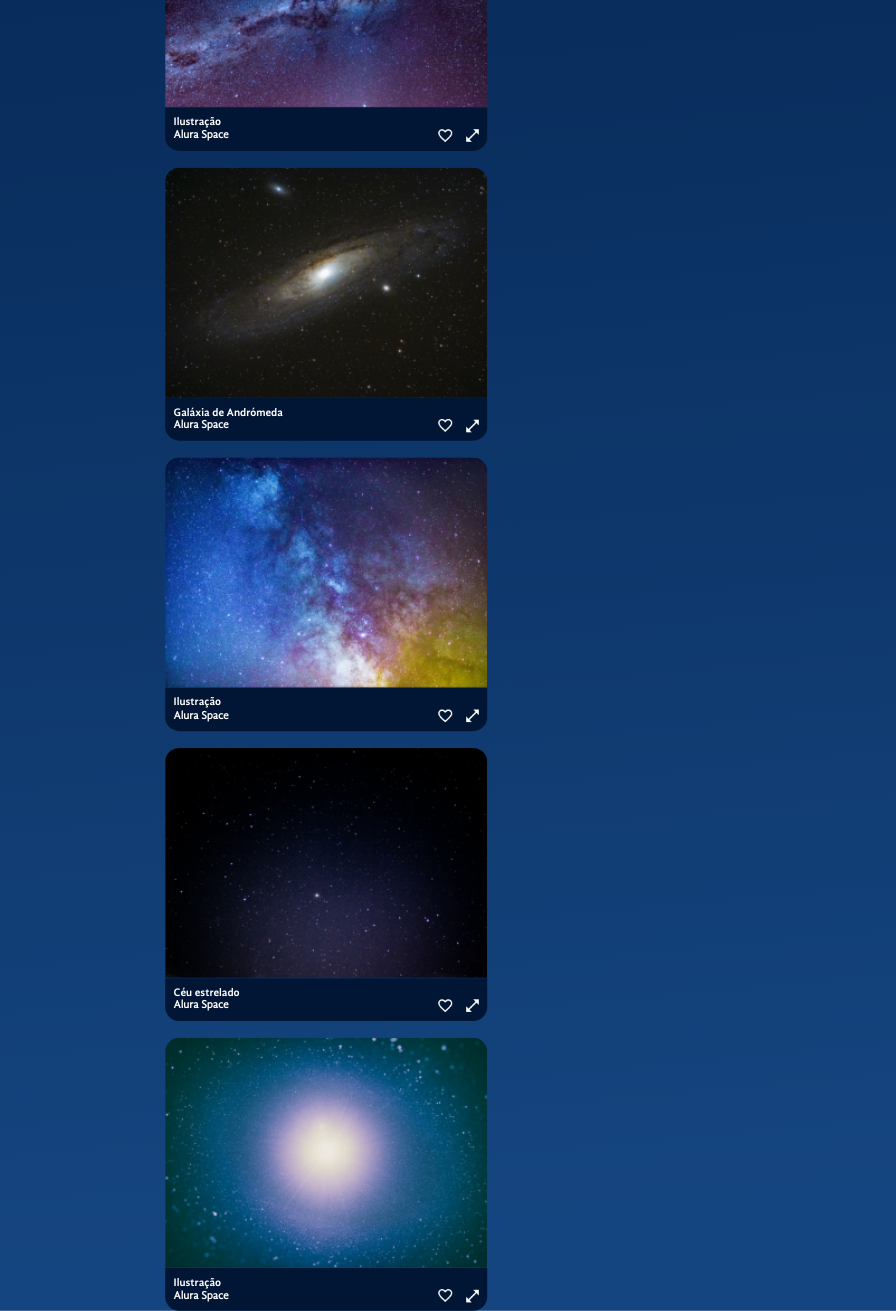
Repository: guilhermecardoso93/space-app-alura
Page: /
An editor plug-in stored every save of this project. The page is shown before and after the next save, followed by the edit.
The browser window is 1280 px wide. The pictures show the part of the page from y = 2921 to 4841 px (the page is 4794 px tall before and 4841 px after), at 70% of full size.
The project was rebuilt for these pictures with package versions that can differ from the ones it lists, and the page was loaded fresh each time. Also part of the build but not shown: vite.config.js.

Above is the page before, as saved 2024-06-23 17:10:14.

### index.html
<!doctype html>
<html lang="en">
  <head>
    <meta charset="UTF-8" />
    <link rel="icon" type="image/svg+xml" href="/imagens/logo.png" />
    <meta name="viewport" content="width=device-width, initial-scale=1.0" />
    <title>SpaceApp</title>
  </head>
  <body>
    <div id="root"></div>
    <script type="module" src="/src/main.jsx"></script>
  </body>
</html>

### src/App.jsx
import { useState } from "react"
import { Banner } from "./components/Banner";
import { EstilosGlobais } from "./components/EstilosGlobais";
import { Header } from "./components/Header";
import { SideBar } from "./components/SideBar";
import { Gallery } from "./components/Gallery";

import fotos from './json/fotos.json'

import bannerBackground from "./assets/banner.png";
import {
  AppContainer,
  ConteudoGaleria,
  FundoGradiente,
  MainContainer,
} from "./styles";


export function App() {
  const [fotosDaGaleria, setFotosDaGaleria] = useState(fotos)

  return (
    <FundoGradiente>
      <EstilosGlobais />
      <AppContainer>
        <Header />
        <MainContainer>
          <SideBar />
          <ConteudoGaleria>
            <Banner
              texto="A galeria mais completa de fotos do espaço!"
              backgroundImage={bannerBackground}
            />
            <Gallery fotos={fotosDaGaleria}/>
          </ConteudoGaleria>
        </MainContainer>
      </AppContainer>
    </FundoGradiente>
  );
}

### src/components/Banner/index.jsx
import { styled } from "styled-components";

export function Banner(props) {
  return (
    <FigureEstilizada $backgroundImage={props.backgroundImage}>
      <TituloEstilizado>{props.texto}</TituloEstilizado>
    </FigureEstilizada>
  );
}

const FigureEstilizada = styled.figure`
  background-image: ${(props) => `url(${props.$backgroundImage})`};
  flex-grow: 1;
  background-repeat: no-repeat;
  display: flex;
  align-items: center;
  min-height: 328px;
  margin: 0;
  border-radius: 20px;
  max-width: 100%;
`;

const TituloEstilizado = styled.h1`
  font-weight: 400;
  font-size: 40px;
  line-height: 48px;
  color: #ffffff;
  max-width: 300px;
  padding: 0 64px;
`;

### src/components/EstilosGlobais/index.jsx
import { createGlobalStyle } from "styled-components";

import GandhiSansRegular from "./fonts/GandhiSans-Regular.otf";
import GandhiSansBold from "./fonts/GandhiSans-Bold.otf";

export const EstilosGlobais = createGlobalStyle`
  @font-face {
    font-family: 'GandhiSansRegular';
    src: local('Gandhi Sans Regular'), local('GandhiSansRegular'), url(${GandhiSansRegular});
  }
  @font-face {
    font-family: 'GandhiSansBold';
    src: local('Gandhi Sans Bold'), local('GandhiSansBold'), url(${GandhiSansBold});
  }

  * {
  margin: 0;
  padding: 0;
  box-sizing: border-box;
}

html {
  line-height: 1.15;
  -webkit-text-size-adjust: 100%;
  font-family: GandhiSansRegular;
}
body {
  margin: 0;
  min-height: 100vh;
}
main {
  display: block;
}
h1 {
  font-size: 2em;
  margin: 0.67em 0;
}
hr {
  box-sizing: content-box;
  height: 0;
  overflow: visible;
}
a {
  background-color: transparent;
}
abbr[title] {
  border-bottom: none;
  text-decoration: underline;
  text-decoration: underline dotted;
}
b,
strong {
  font-weight: bolder;
}
code,
kbd,
samp {
  font-family: monospace, monospace;
  font-size: 1em;
}
small {
  font-size: 80%;
}
sub,
sup {
  font-size: 75%;
  line-height: 0;
  position: relative;
  vertical-align: baseline;
}
sub {
  bottom: -0.25em;
}
sup {
  top: -0.5em;
}
img {
  border-style: none;
}
button,
input,
optgroup,
select,
textarea {
  font-family: inherit;
  font-size: 100%;
  line-height: 1.15;
  margin: 0;
}
button,
input {
  overflow: visible;
}
button,
select {
  text-transform: none;
}
button,
[type="button"],
[type="reset"],
[type="submit"] {
  -webkit-appearance: button;
}
button::-moz-focus-inner,
[type="button"]::-moz-focus-inner,
[type="reset"]::-moz-focus-inner,
[type="submit"]::-moz-focus-inner {
  border-style: none;
  padding: 0;
}
button:-moz-focusring,
[type="button"]:-moz-focusring,
[type="reset"]:-moz-focusring,
[type="submit"]:-moz-focusring {
  outline: 1px dotted ButtonText;
}
fieldset {
  padding: 0.35em 0.75em 0.625em;
}
legend {
  box-sizing: border-box;
  color: inherit;
  display: table;
  max-width: 100%;
  padding: 0;
  white-space: normal;
}
progress {
  vertical-align: baseline;
}
textarea {
  overflow: auto;
}
[type="checkbox"],
[type="radio"] {
  box-sizing: border-box;
  padding: 0;
}
[type="number"]::-webkit-inner-spin-button,
[type="number"]::-webkit-outer-spin-button {
  height: auto;
}
[type="search"] {
  -webkit-appearance: textfield;
  outline-offset: -2px;
}
[type="search"]::-webkit-search-decoration {
  -webkit-appearance: none;
}
::-webkit-file-upload-button {
  -webkit-appearance: button;
  font: inherit;
}
details {
  display: block;
}
summary {
  display: list-item;
}
template {
  display: none;
}
[hidden] {
  display: none;
}
`;

### src/components/Header/index.jsx
import { CampoTexto } from "../CampoTexto";
import { HeaderContainer } from "./styles";

export function Header() {
  return (
    <HeaderContainer>
      <img src="/imagens/logo.png" alt="Logo" />
      <CampoTexto />
    </HeaderContainer>
  );
}

### src/components/SideBar/index.jsx
import { SideBarContainer, SidebarLista } from "./styles";
import { ItemLista } from "./ItemLista";

export function SideBar() {
  return (
    <SideBarContainer>
      <nav>
        <SidebarLista>
          <a href="/">
            <ItemLista
              iconeAtivo="/icones/home-ativo.png"
              iconeInativo="/icones/home-inativo.png"
              ativo={true}
            >
              Início
            </ItemLista>
          </a>
          <ItemLista
            iconeAtivo="/icones/mais-vistas-ativo.png"
            iconeInativo="/icones/mais-vistas-inativo.png"
          >
            Mais vistas
          </ItemLista>
          <a href="/"></a>
          <ItemLista
            iconeAtivo="/icones/mais-curtidas-ativo.png"
            iconeInativo="/icones/mais-curtidas-inativo.png"
          >
            Mais curtidas
          </ItemLista>
          <ItemLista
            iconeAtivo="/icones/novas-ativo.png"
            iconeInativo="/icones/novas-inativo.png"
          >
            Novas
          </ItemLista>
          <a href="/"></a>
          <a href="/"></a>
          <ItemLista
            iconeAtivo="/icones/surpreenda-me-ativo.png"
            iconeInativo="/icones/surpreenda-me-inativo.png"
          >
            Surpreenda-me
          </ItemLista>
          <a href="/"></a>
        </SidebarLista>
      </nav>
    </SideBarContainer>
  );
}

### src/components/Gallery/index.jsx
import { Titulo } from "../Titulo";
import { Imagem } from "./Imagem";
import { SectionPopulares } from "./SectionPopulares";
import { Tags } from "./Tags";

import { GaleriaContainer, SecaoFluida, ImagensContainer } from "./styles";

export function Gallery({ fotos = [] }) {
  return (
    <div>
      <Tags />
      <GaleriaContainer>
        <SecaoFluida>
          <Titulo>Navegue pela galeria</Titulo>
          <ImagensContainer>
            {fotos.map((foto) => (
              <Imagem key={foto.id} foto={foto} />
            ))}
          </ImagensContainer>
        </SecaoFluida>
        <SectionPopulares />
      </GaleriaContainer>
    </div>
  );
}

### src/styles.js
import { styled } from "styled-components";

export const FundoGradiente = styled.div`
  background: linear-gradient(
    174.61deg,
    #041833 4.16%,
    #04244f 48%,
    #154580 96.76%
  );
  width: 100%;
  min-height: 100vh;
`;

export const AppContainer = styled.div`
  width: 1440px;
  margin: 0 auto;
  max-width: 100%;
`;

export const MainContainer = styled.main`
  display: flex;
  gap: 24px;
`;

export const ConteudoGaleria = styled.section`
  display: flex;
  flex-direction: column;
  flex-grow: 1;
`;

### src/components/CampoTexto/index.jsx
import { ContainerEstilizado, IconeLupa, CampoTextoEstilizado} from './styles'
import search from './search.png'

export function CampoTexto(props) {
  return (
    <ContainerEstilizado>
        <CampoTextoEstilizado {...props} />
        <IconeLupa src={search} alt="ícone de lupa" />
    </ContainerEstilizado>
)
}

### src/components/Header/styles.js
import styled from "styled-components";

export const HeaderContainer = styled.header`
  padding: 60px 0;
  display: flex;
  justify-content: space-between;
  align-items: center;
  padding: 1rem;
  margin-bottom: 3rem;

  img {
    max-width: 212px;
  }
`;

### src/components/SideBar/styles.js
import styled from "styled-components";

export const SideBarContainer = styled.aside`
  a {
    text-decoration: none;
  }
`;

export const SidebarLista = styled.ul`
  list-style: none;
  padding: 0;
  margin: 0;
  width: 212px;
`;

### src/components/SideBar/ItemLista/index.jsx
/* eslint-disable react/prop-types */
import styled from "styled-components";

export function ItemLista(props) {
  return (
    <ItemListaLi>
      <img src={props.ativo ? props.iconeAtivo : props.iconeInativo} alt="" />
      {props.children}
    </ItemListaLi>
  );
}

const ItemListaLi = styled.li`
  font-size: 24px;
  line-height: 29px;
  margin-bottom: 30px;
  cursor: pointer;
  color: ${(props) => (props.$ativo ? "#7B78E5" : "#D9D9D9")};
  font-family: ${(props) =>
    props.$ativo ? "GandhiSansBold" : "GandhiSansRegular"};
  display: flex;
  align-items: center;
  gap: 22px;
`;

### src/components/Titulo/index.jsx
import styled from "styled-components";

export const Titulo = styled.h2`
  color: #7b78e6;
  font-size: 32px;
  text-align: ${(props) => (props.$alinhamento ? props.$alinhamento : "left")};
`;

### src/components/Gallery/Imagem/index.jsx
import { BotaoIcone } from "../../BotaoIcone";
import { Figure, Rodape } from "./styles";

export function Imagem({ foto, expandida = false }) {
  return (
    <Figure $expandida={expandida} id={`foto-${foto.id}`}>
      <img src={foto.path} alt={foto.alt} />
      <figcaption>
        <h3>{foto.titulo}</h3>
        <Rodape>
          <h4>{foto.fonte}</h4>
          <BotaoIcone>
            <img src="/icones/favorito.png" alt="Icone de favorito" />
          </BotaoIcone>
          {!expandida && (
            <BotaoIcone aria-hidden={expandida}>
              <img src="/icones/expandir.png" alt="Icone de expandir" />
            </BotaoIcone>
          )}
        </Rodape>
      </figcaption>
    </Figure>
  );
}

### src/components/Gallery/SectionPopulares/index.jsx
import { Titulo } from "../../Titulo";

export function SectionPopulares() {
  return (
    <div style={{ minWidth: 212 }}>
      <Titulo $alinhamento="center">Populares</Titulo>
    </div>
  );
}

### src/components/Gallery/Tags/index.jsx
import { TagTitulo, TagsContainer, Div, Tag } from "./styles";
import tags from "./tags.json";

export function Tags() {
  return (
    <TagsContainer>
      <TagTitulo>Busque por tags:</TagTitulo>
      <Div>
        {tags.map((tag) => (
          <Tag key={tag.id}>{tag.titulo}</Tag>
        ))}
      </Div>
    </TagsContainer>
  );
}

### src/components/Gallery/styles.js
import styled from "styled-components";

export const GaleriaContainer = styled.div`
  display: flex;
  gap: 24px;
`;

export const SecaoFluida = styled.section`
  flex-grow: 1;
`;

export const ImagensContainer = styled.section`
  display: flex;
  justify-content: space-between;
  flex-wrap: wrap;
  gap: 24px;
  margin-top: 1rem;
`;

### src/components/CampoTexto/styles.js
import { styled } from "styled-components";

export const ContainerEstilizado = styled.div`
  position: relative;
  display: inline-block;
`;

export const CampoTextoEstilizado = styled.input`
  height: 56px;
  padding: 12px 16px;
  border-radius: 10px;
  border: 2px solid;
  border-color: #c98cf1;
  background: transparent;
  box-sizing: border-box;
  width: 566px;
  color: #d9d9d9;
  font-weight: 400;
  font-size: 20px;
  line-height: 20px;
`;

export const IconeLupa = styled.img`
  position: absolute;
  top: 10px;
  right: 10px;
  width: 38px;
  height: 38px;
`;

### src/components/BotaoIcone/index.js
import { styled } from "styled-components";

export const BotaoIcone = styled.button`
  margin-left: 12px;
  display: flex;
  align-items: center;
  justify-content: center;
  background-color: transparent;
  border: none;
  cursor: pointer;
`;

### src/components/Gallery/Imagem/styles.js
import { styled } from "styled-components";

export const Figure = styled.figure`
  width: ${(props) => (props.$expandida ? "90%" : "460px")};
  max-width: 100%;
  margin: 0;
  display: flex;
  flex-direction: column;
  & > img {
    max-width: 100%;
    border-radius: 20px 20px 0 0;
  }
  figcaption {
    background-color: #001634;
    border-radius: 0px 0px 20px 20px;
    color: white;
    box-sizing: border-box;
    padding: 12px;
    h3 {
      font-family: "GandhiSansBold";
    }
    h4 {
      flex-grow: 1;
    }
    h3,
    h4 {
      margin: 0;
      font-size: 16px;
    }
  }
`;

export const Rodape = styled.footer`
  display: flex;
  justify-content: space-between;
  align-items: center;
  gap: .5rem;
`;

### src/components/Gallery/Tags/styles.js
import { styled } from "styled-components";
import tags from "./tags.json";

export const TagsContainer = styled.section`
  display: flex;
  align-items: center;
  gap: 64px;
  margin-top: 56px;
  margin-bottom: 20px;
`;

export const TagTitulo = styled.h3`
  color: #d9d9d9;
  font-size: 1.2rem;
  margin: 0;
`;

export const Tag = styled.button`
  font-size: 1.3rem;
  color: #ffffff;
  background: rgba(217, 217, 217, 0.3);
  border-radius: 10px;
  cursor: pointer;
  transition: background-color 0.3s ease;
  padding: 12px;
  box-sizing: border-box;
  border: 2px solid transparent;
  &:hover {
    border-color: #c98cf1;
  }
`;

export const Div = styled.div`
  display: flex;
  gap: 24px;
  justify-content: end;
`;

### src/components/Gallery/Tags/tags.json
[
  {
    "id": 0,
    "titulo": "Todas"
  },
  {
    "id": 1,
    "titulo": "Estrelas"
  },
  {
    "id": 2,
    "titulo": "Galáxias"
  },
  {
    "id": 3,
    "titulo": "Luas"
  },
  {
    "id": 4,
    "titulo": "Nebulosas"
  }
]

### src/components/ModalZoom/index.jsx
export function ModalZoom() {
  return (
    <>
      <dialog open>
        <p>Exemplo do Mozilla</p>
        <form method="dialog">
          <button type="submit">ok</button>
        </form>
      </dialog>
    </>
  );
}

Loaded but not shown: src/main.jsx (common file); src/json/fotos.json (common file)

After the next save:
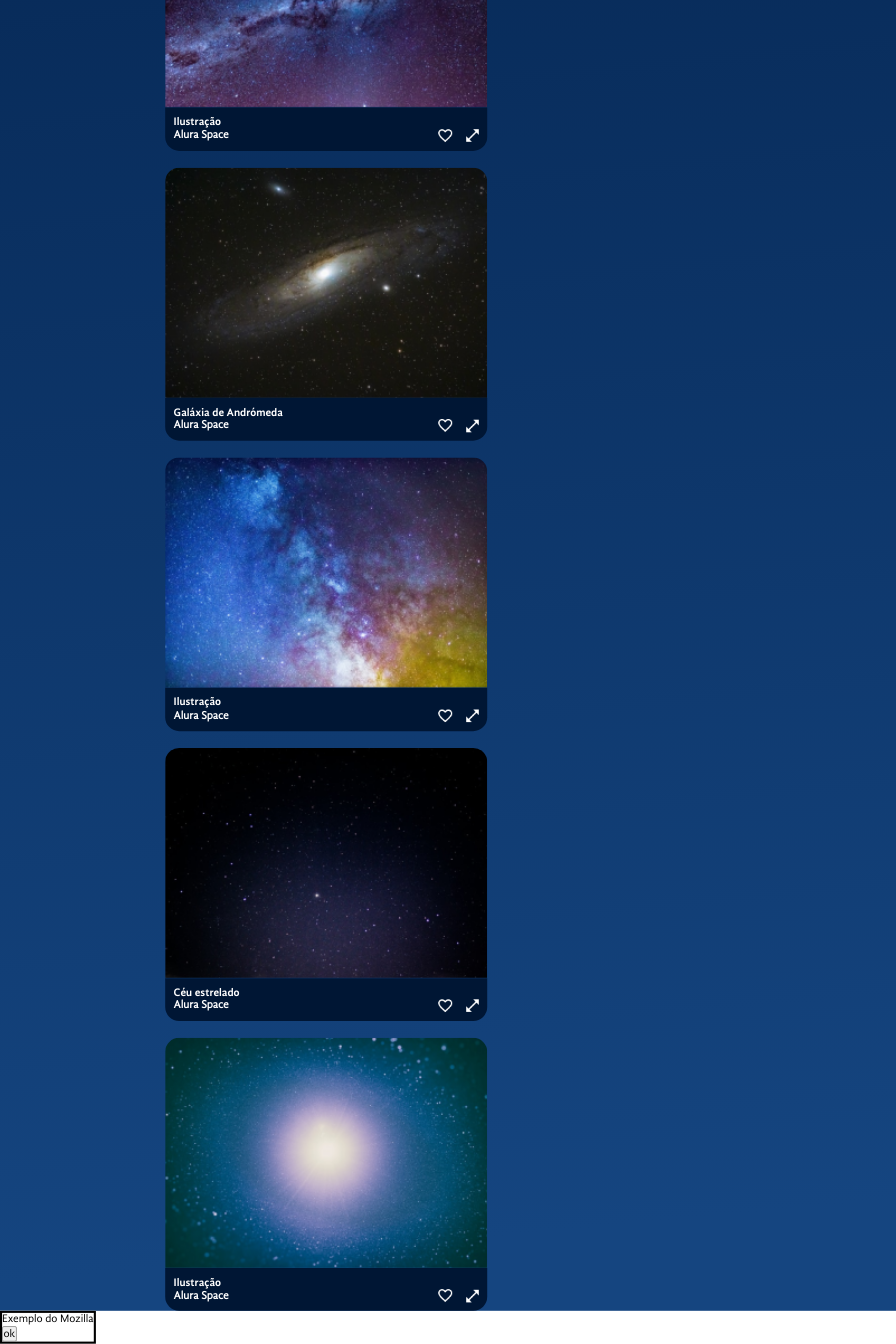
Saved 97 s later.
--- a/src/App.jsx
+++ b/src/App.jsx
@@ -14,6 +14,7 @@ import {
   FundoGradiente,
   MainContainer,
 } from "./styles";
+import { ModalZoom } from "./components/ModalZoom";
 
 
 export function App() {
@@ -35,6 +36,7 @@ export function App() {
           </ConteudoGaleria>
         </MainContainer>
       </AppContainer>
+      <ModalZoom />
     </FundoGradiente>
   );
 }

After the 2 saves that followed:
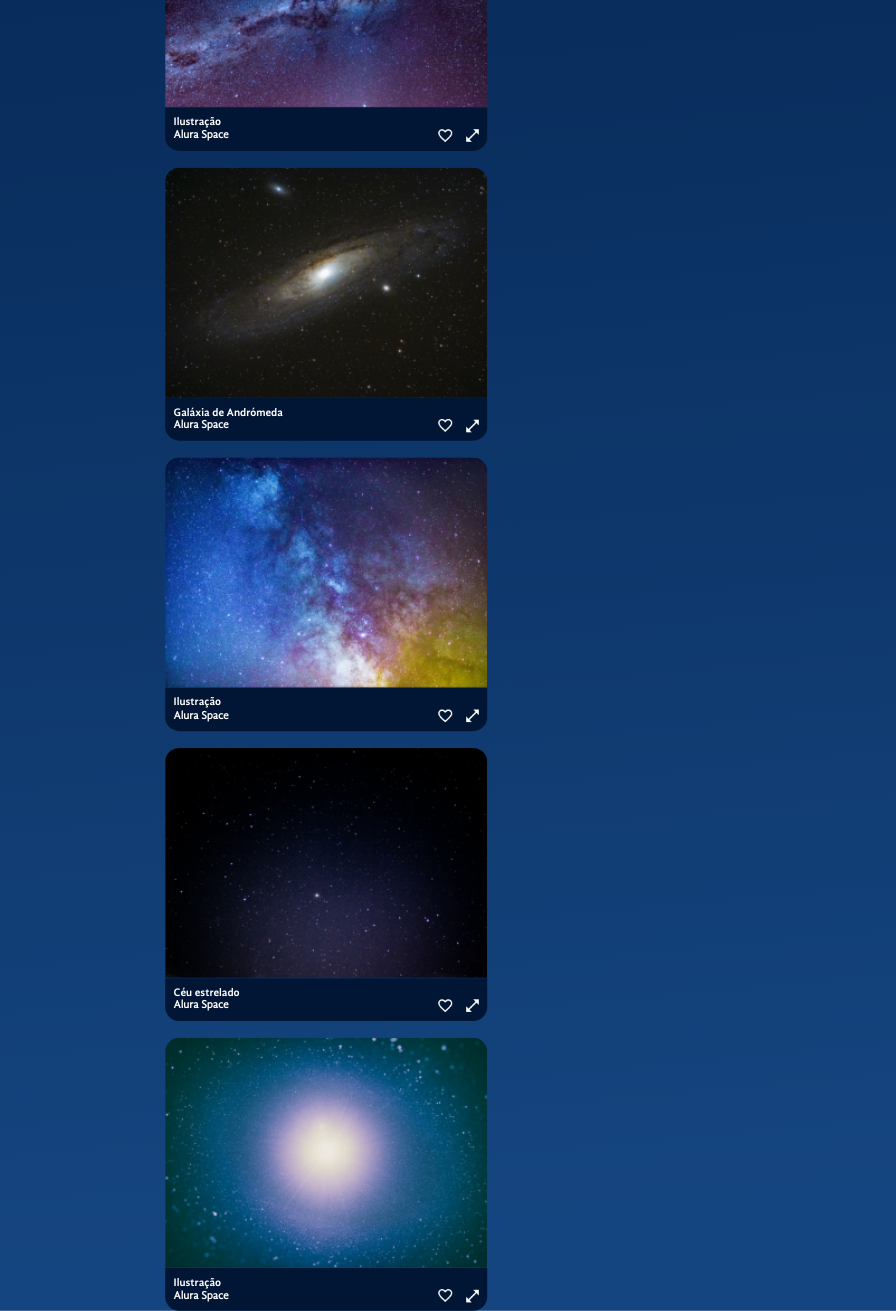
The 2 saves are shown as one change because 1 left the picture as it was.
The last was saved 4 min 0 s later.
--- a/src/components/ModalZoom/index.jsx
+++ b/src/components/ModalZoom/index.jsx
@@ -1,7 +1,9 @@
-export function ModalZoom() {
+import { useState } from "react";
+
+export function ModalZoom(props) {
   return (
     <>
-      <dialog open>
+      <dialog open={!!props.foto}>
         <p>Exemplo do Mozilla</p>
         <form method="dialog">
           <button type="submit">ok</button>
